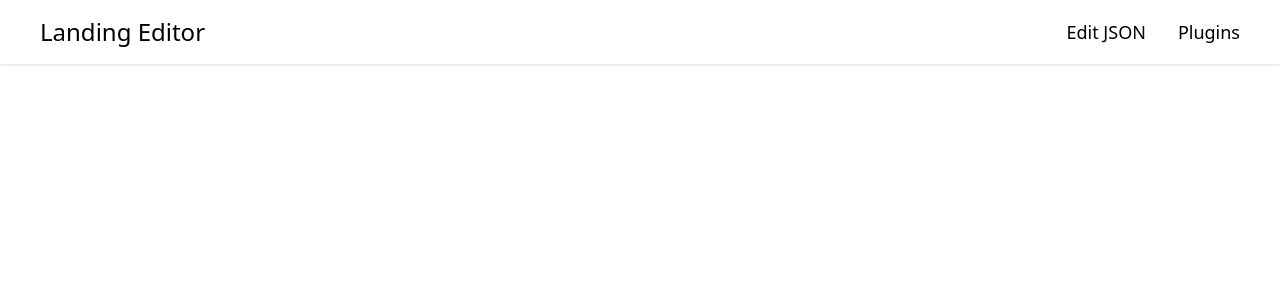
Repository: ShumilovMikhail/plugins-app
Page: / (app in app/frontend/)
The author's editor kept a copy of each file at every save. The page is drawn from the files as they stood at one save, then again after the next save.
The browser window is 1280 px wide. The pictures show the whole page.
The project was rebuilt for these pictures with package versions that can differ from the ones it lists, and the page was loaded fresh each time. Also part of the build but not shown: app/frontend/angular.json.

Above is the page before, as saved 2024-05-13 07:53:04.

After the next save:
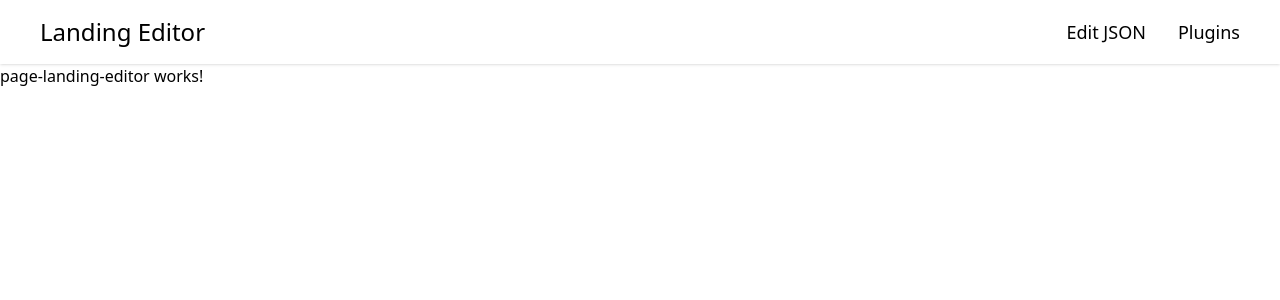
Saved 61 s later.
--- a/app/frontend/src/app/app.routes.ts
+++ b/app/frontend/src/app/app.routes.ts
@@ -2,7 +2,12 @@ import { Routes } from '@angular/router';
 
 export const routes: Routes = [
   {
+    path: '',
+    pathMatch: 'full',
+    redirectTo: 'editor'
+  },
+  {
     path: 'editor',
-    loadComponent: () => import('./pages/page-landing-editor/page-landing-editor.component').then(c => c.PageLandingEditorComponent)
+    loadComponent: () => import('./pages/page-landing-editor/page-landing-editor.component').then(c => c.PageLandingEditorComponent),
   }
 ];
